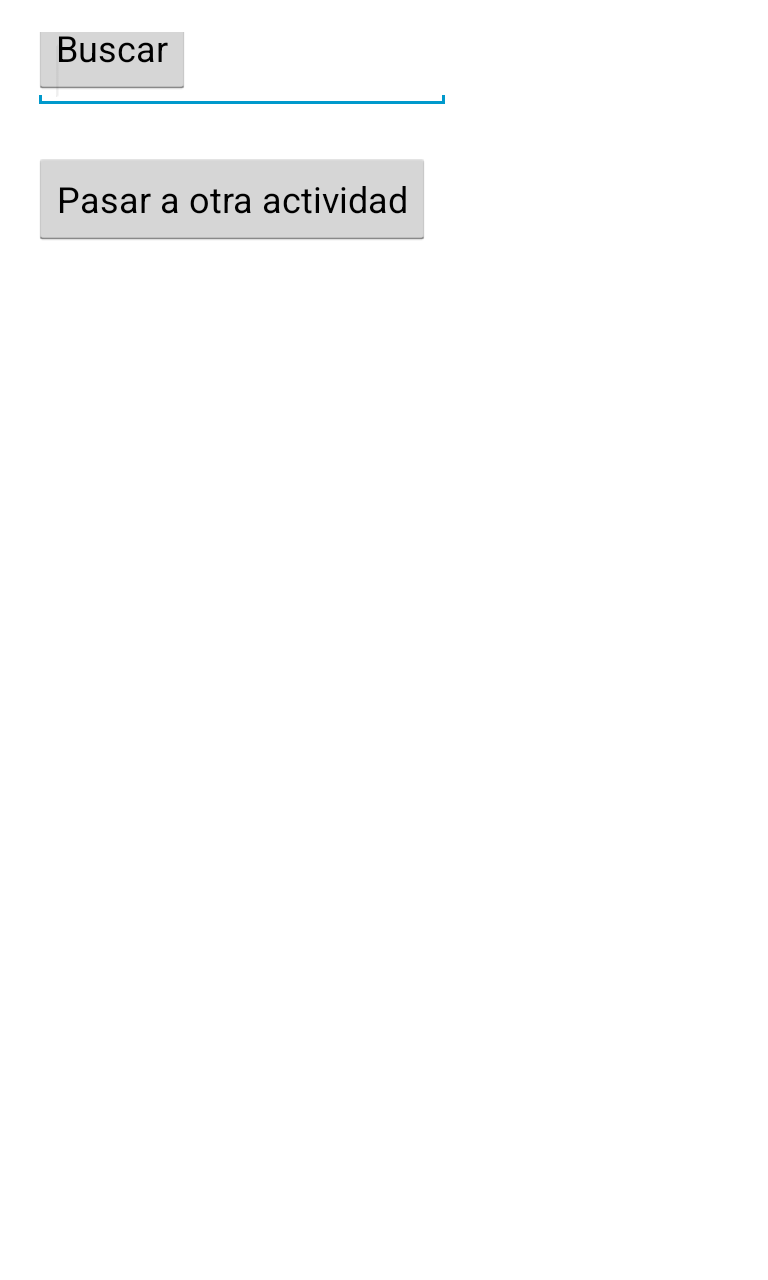
Repository: sstevenmr/SP-Galileo
Layout: Demo/res/layout/activity_main.xml
These files come from the project's save history. The layout is drawn as it stood at one moment and after the next save; the edit follows.
It is drawn on a 768 x 1280 px phone screen (xhdpi) without system bars, with theme AppTheme; the app's code is not run.

Above is the layout before, as saved 2014-01-24 03:17:11.

### Demo/res/layout/activity_main.xml
<RelativeLayout xmlns:android="http://schemas.android.com/apk/res/android"
    xmlns:tools="http://schemas.android.com/tools"
    android:layout_width="match_parent"
    android:layout_height="match_parent"
    android:paddingBottom="@dimen/activity_vertical_margin"
    android:paddingLeft="@dimen/activity_horizontal_margin"
    android:paddingRight="@dimen/activity_horizontal_margin"
    android:paddingTop="@dimen/activity_vertical_margin"
    tools:context=".MainActivity" >

    <EditText
        android:id="@+id/editTextSearchQuery"
        android:layout_width="wrap_content"
        android:layout_height="wrap_content"
        android:layout_alignParentLeft="true"
        android:layout_alignParentTop="true"
        android:inputType="text"
        android:ems="10" >

        <requestFocus />
    </EditText>

    <Button
        android:id="@+id/btnOpenActivity"
        android:layout_width="wrap_content"
        android:layout_height="wrap_content"
        android:layout_alignLeft="@+id/editTextSearchQuery"
        android:layout_below="@+id/editTextSearchQuery"
        android:layout_marginTop="20dp"
        android:text="@string/btn_open_activity"/>

    <Button
        android:id="@+id/btnSearch"
        android:layout_width="wrap_content"
        android:layout_height="wrap_content"
        android:layout_alignBaseline="@+id/btnSearch"
        android:layout_alignBottom="@+id/btnSearch"
        android:layout_toRightOf="@+id/btnSearch"
        android:text="@string/btn_Search" />

</RelativeLayout>

### Demo/res/values/strings.xml
<?xml version="1.0" encoding="utf-8"?>
<resources>

    <string name="app_name">Ejemplo</string>
    <string name="action_settings">Settings</string>
    <string name="hello_world">Hello world!</string>
    <string name="btn_Search">Buscar</string>
    <string name="btn_open_activity">Pasar a otra actividad</string>
    <string name="title_activity_show_search_query">ShowSearchQueryActivity</string>

</resources>

Loaded but not shown: Demo/res/values/styles.xml (common file); Demo/res/values-v11/styles.xml (common file); Demo/res/values-v14/styles.xml (common file); Demo/res/values/dimens.xml (common file)

After the next save:
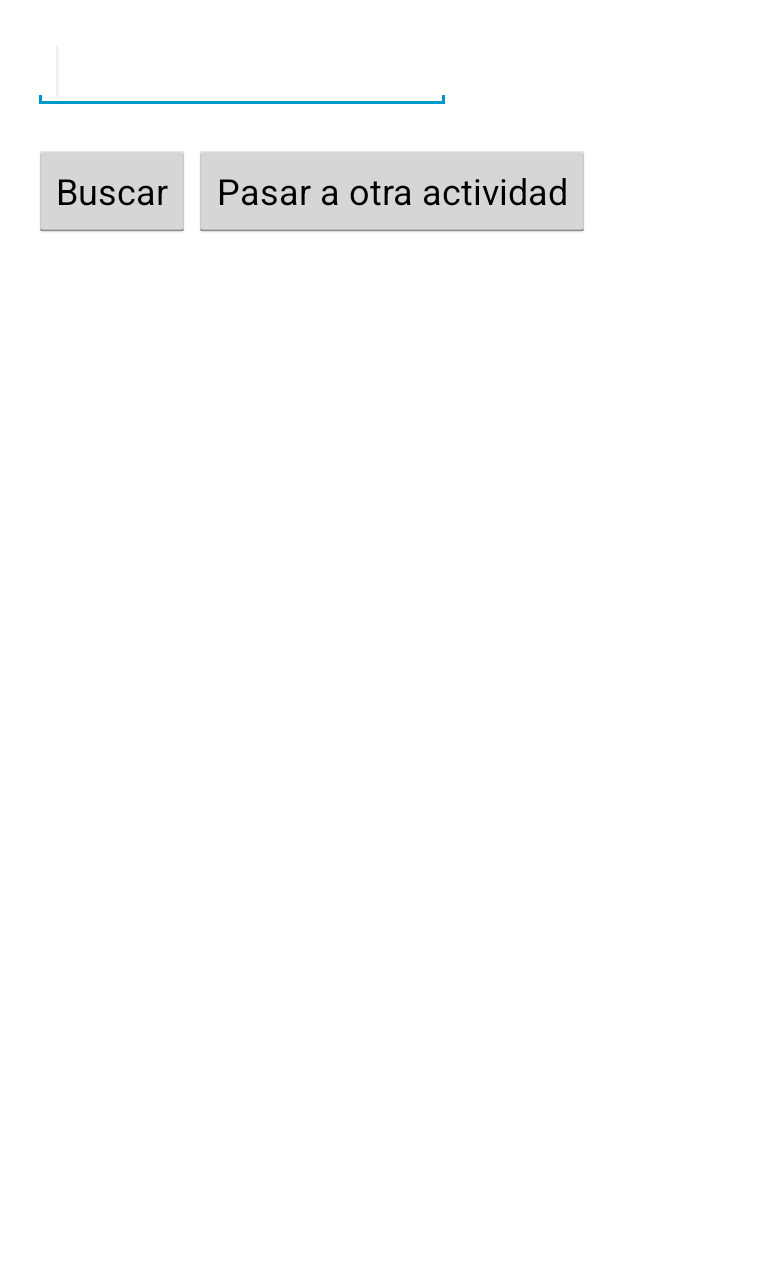
Saved 2 min 5 s later.
--- a/Demo/res/layout/activity_main.xml
+++ b/Demo/res/layout/activity_main.xml
@@ -21,21 +21,21 @@
     </EditText>
 
     <Button
-        android:id="@+id/btnOpenActivity"
+        android:id="@+id/btnSearch"
         android:layout_width="wrap_content"
         android:layout_height="wrap_content"
         android:layout_alignLeft="@+id/editTextSearchQuery"
         android:layout_below="@+id/editTextSearchQuery"
-        android:layout_marginTop="20dp"
-        android:text="@string/btn_open_activity"/>
+        android:layout_marginTop="16dp"
+        android:text="@string/btn_Search" />
 
     <Button
-        android:id="@+id/btnSearch"
+        android:id="@+id/btnOpenActivity"
         android:layout_width="wrap_content"
         android:layout_height="wrap_content"
         android:layout_alignBaseline="@+id/btnSearch"
         android:layout_alignBottom="@+id/btnSearch"
         android:layout_toRightOf="@+id/btnSearch"
-        android:text="@string/btn_Search" />
+        android:text="@string/btn_open_activity" />
 
 </RelativeLayout>
